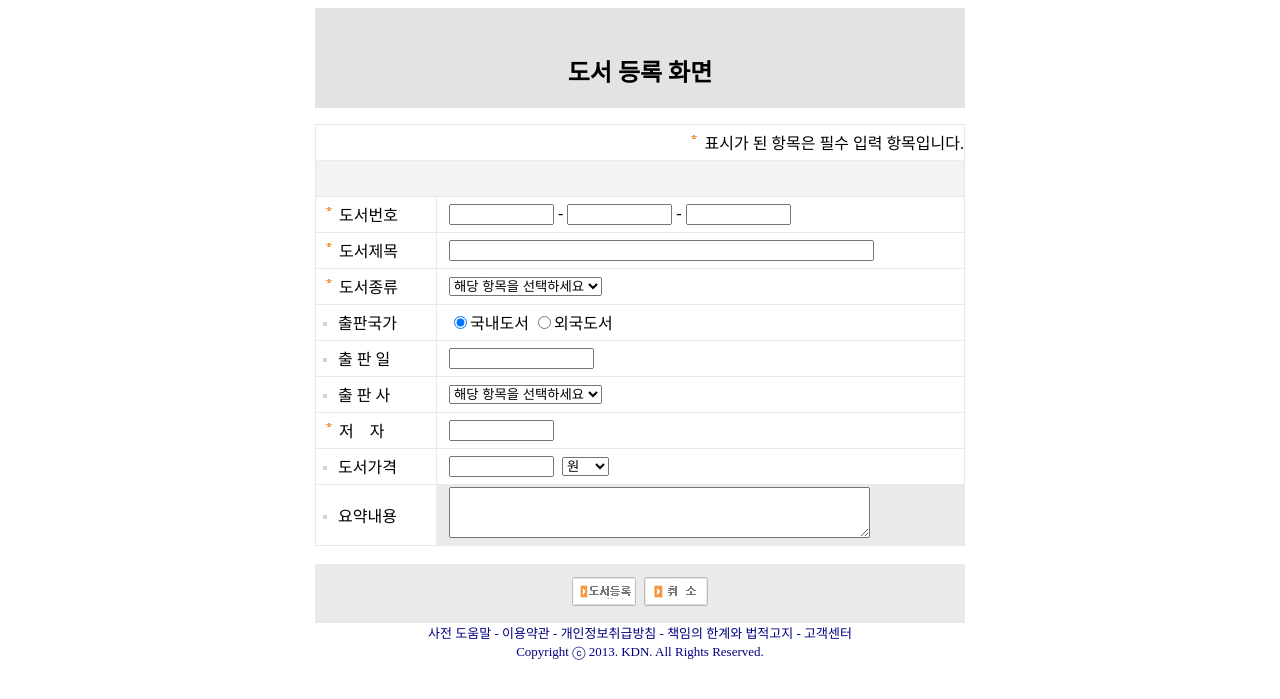
Repository: Minnaldo/Dev
Page: BackEnd/Eworkspace/ws_0911/WebContent/book.html
These files come from the project's save history. The page is drawn as it stood at one moment and after the next save; the edit follows.
The browser window is 1280 px wide. The pictures show the whole page.

Above is the page before, as saved 2019-09-13 02:30:09.

After the next save:
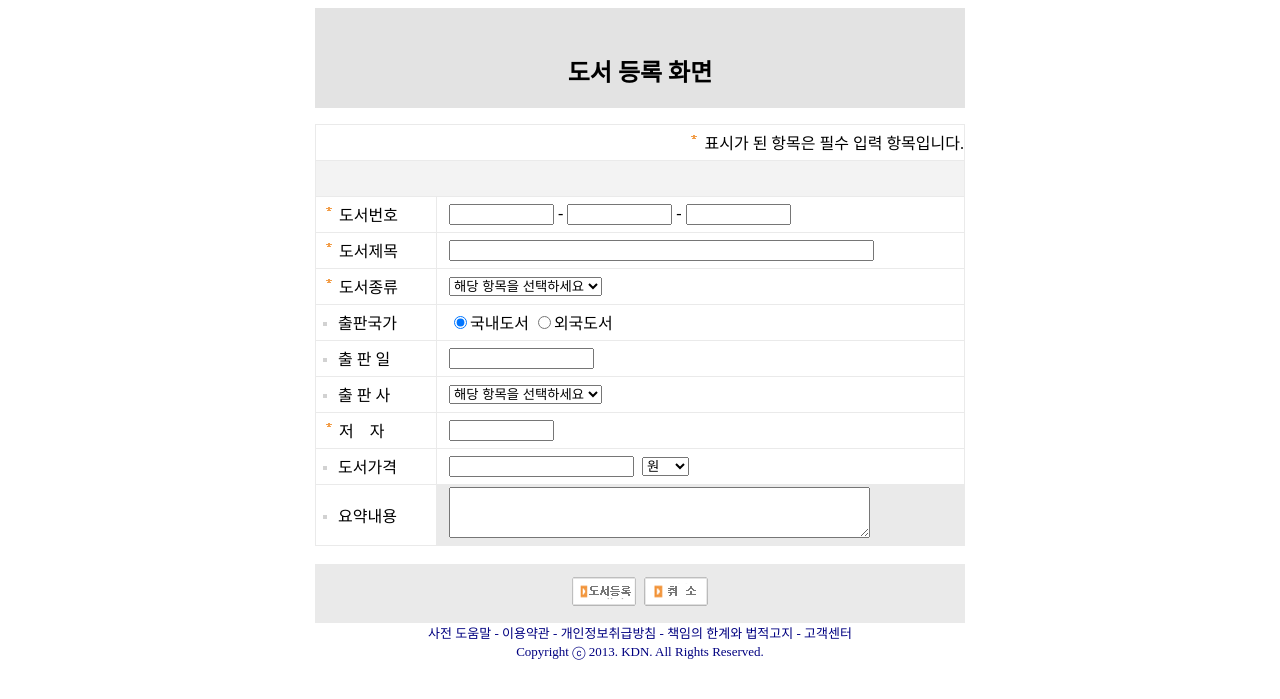
Saved 8 min 40 s later.
--- a/BackEnd/Eworkspace/ws_0911/WebContent/book.html
+++ b/BackEnd/Eworkspace/ws_0911/WebContent/book.html
@@ -3,12 +3,26 @@
 
 <head>
 	<meta charset="UTF-8">
-	<title>Insert title here</title>
+	<title>Book Detail</title>
 	<script src="https://code.jquery.com/jquery-3.4.1.js"></script>
 	<script type="text/javascript">
 		function bookInsert() {
-			var frm = document.getElementById("bookForm");
-			frm.submit();
+
+			var isbn = $("#isbn").val();
+			var isbn1 = $("#isbn1").val();
+			var isbn2 = $("#isbn2").val();
+			var title = $("#title").val();
+			var catalogue = $("#catalogue option:selected").val();
+			var author = $("#author").val();
+
+			console.log(isbn + " " + isbn1 + " " + isbn2 + " " + title + " " + catalogue + " " + author);
+
+			if (isbn == undefined || isbn1 == undefined || isbn2 == undefined || title == undefined || catalogue == undefined || author == undefined) {
+				alert('필수 항목을 모두 작성해 주세요');
+			} else {
+				document.getElementById("bookForm").submit();
+			}
+
 		}
 
 
@@ -16,9 +30,6 @@
 			var frm = document.getElementById("bookForm");
 			frm.reset();
 		}
-
-
-
 	</script>
 </head>
 
@@ -59,11 +70,11 @@
 							<img src="./images/star_orange.gif" hspace="7" vspace="3">도서번호
 						</td>
 						<td bgcolor="#FFFFFF" height="35">&nbsp;&nbsp;
-							<input type="text" name="isbn" size="10" MAXLENGTH="10" tabindex="1" required>
+							<input type="text" name="isbn" id="isbn" size="10" MAXLENGTH="10" tabindex="1">
 							-
-							<input type="text" name="isbn1" size="10" MAXLENGTH="10" tabindex="1" required>
+							<input type="text" name="isbn1" id="isbn1" size="10" MAXLENGTH="10" tabindex="1">
 							-
-							<input type="text" name="isbn2" size="10" MAXLENGTH="10" tabindex="1" required>
+							<input type="text" name="isbn2" id="isbn2" size="10" MAXLENGTH="10" tabindex="1">
 						</td>
 					</tr>
 					<!--도서제목-->
@@ -73,7 +84,7 @@
 						</td>
 						<td bgcolor="#FFFFFF" height="35">&nbsp;&nbsp;
 							<span class="info">
-								<input type="text" name="title" size="50" MAXLENGTH="50" tabindex="2" required>&nbsp;
+								<input type="text" name="title" id="title" size="50" MAXLENGTH="50" tabindex="2">&nbsp;
 							</span>
 						</td>
 					</tr>
@@ -84,7 +95,7 @@
 						</td>
 						<td bgcolor="#FFFFFF" height="35">&nbsp;&nbsp;
 							<span class="info">
-								<select NAME="catalogue" width="100" tabindex="3" required>
+								<select name="catalogue" id="catalogue" width="100" tabindex="3">
 									<option value="NONE">해당 항목을 선택하세요</option>
 									<option value="AA">프로그래밍</option>
 									<option value="BB">운영체제</option>
@@ -140,7 +151,7 @@
 						</td>
 						<td bgcolor="#FFFFFF" height="35">&nbsp;&nbsp;
 							<span class="info">
-								<input type="text" name="author" size="10" MAXLENGTH="50" tabindex="8" required>&nbsp;
+								<input type="text" name="author" id="author" size="10" MAXLENGTH="50" tabindex="8">&nbsp;
 							</span>
 						</td>
 					</tr>
@@ -151,7 +162,7 @@
 						</td>
 						<td bgcolor="#FFFFFF" height="35">&nbsp;&nbsp;
 							<span class="info">
-								<input type="text" name="price" size="10" MAXLENGTH="6" tabindex="9">&nbsp;
+								<input type="number" name="price" size="10" MAXLENGTH="6" tabindex="9">&nbsp;
 							</span>
 							<select name="currency" tabindex="10">
 								<option value="원" selected>원</option>
@@ -175,13 +186,14 @@
 				<table cellpadding="0" cellspacing="1" border="0" width="650" bgcolor="#EAEAEA" align="center">
 					<tr>
 						<td align="center" height="30" valign="middle">
-							<a href="javascript:bookInsert()"><img src="./images/ok.gif" width="64"
-									height="29" vspace="12" hspace="2" alt="확인" border="0" tabindex="19" border="0"></a>
-							<a href="javascript:formReset()"><img src="./images/cancel.gif" width="64"
-									height="29" vspace="12" hspace="2" alt="취소" tabindex="20" border="0"></a>
+							<a href="javascript:bookInsert()"><img src="./images/ok.gif" width="64" height="29"
+									vspace="12" hspace="2" alt="확인" border="0" tabindex="19" border="0"></a>
+							<a href="javascript:formReset()"><img src="./images/cancel.gif" width="64" height="29"
+									vspace="12" hspace="2" alt="취소" tabindex="20" border="0"></a>
 						</td>
 					</tr>
 				</table>
+				<input type="text" name="chk" value="book" style="display: none;">
 			</form>
 			<!--정보입력 테이블끝//-->
 		</font>
